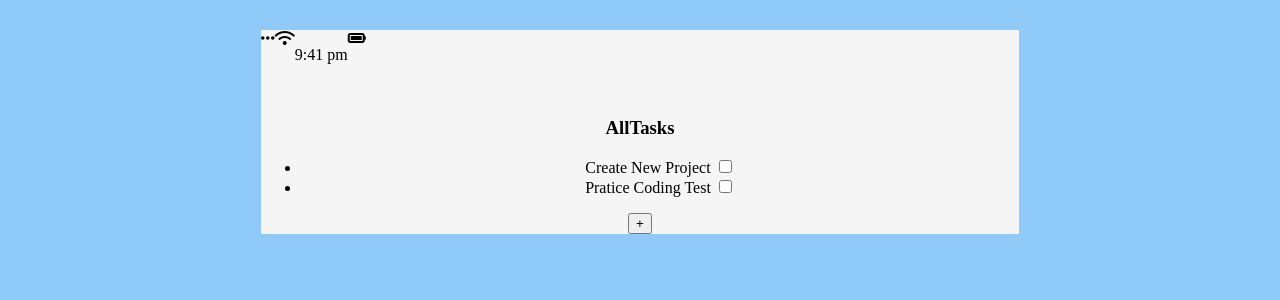
Repository: EEOOOO/javascript-projects
Page: todoListApp/index.html
The author's editor kept a copy of each file at every save. The page is drawn from the files as they stood at one save, then again after the next save.
The browser window is 1280 px wide. The pictures show the whole page.
Some icons come from a web library that is not loaded, so they are not drawn. Some web libraries are served in a nearby version.

Above is the page before, as saved 2022-07-29 15:47:31.

After the next save:
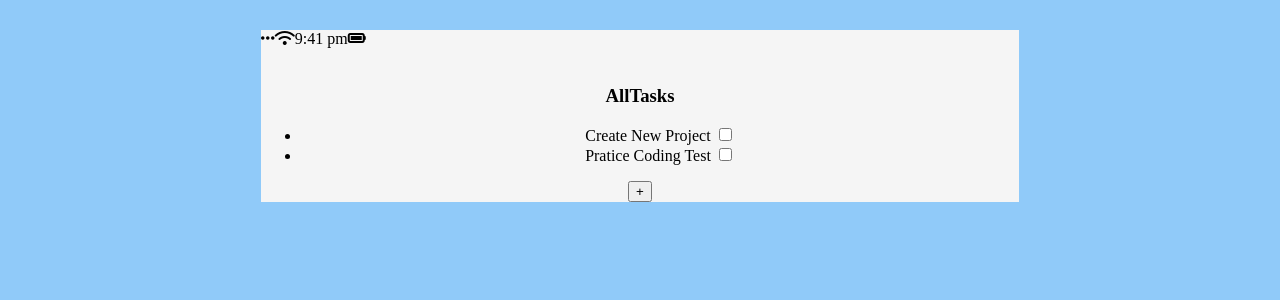
Saved 9 s later.
--- a/todoListApp/index.html
+++ b/todoListApp/index.html
@@ -14,7 +14,7 @@
         <section class="defaultIcons">
             <i class="fas fa-ellipsis"></i>
             <i class="fas fa-wifi"></i>
-            <p class="time">9:41 pm</p>
+            <span class="time">9:41 pm</span>
             <span class="batterySpan"></span>
             <i class="fas fa-battery-full"></i>
         </section>
